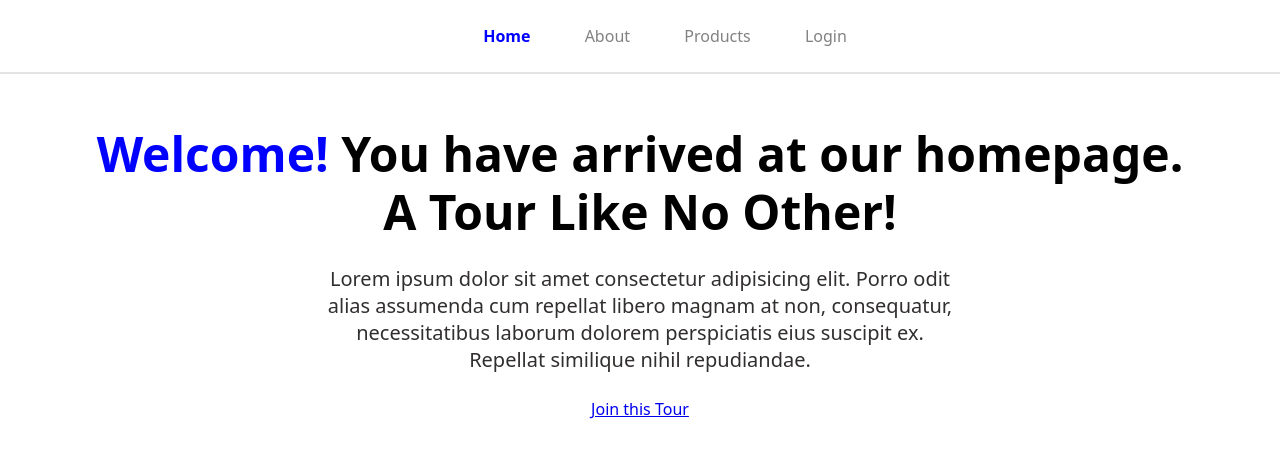
Repository: Yeyolive/WebDev_Collab_2025
Page: Basic_Projects/Basic-Website/index.html
The author's editor kept a copy of each file at every save. The page is drawn from the files as they stood at one save, then again after the next save.
The browser window is 1280 px wide. The pictures show the whole page.

Above is the page before, as saved 2025-11-02 20:13:30.

After the next save:
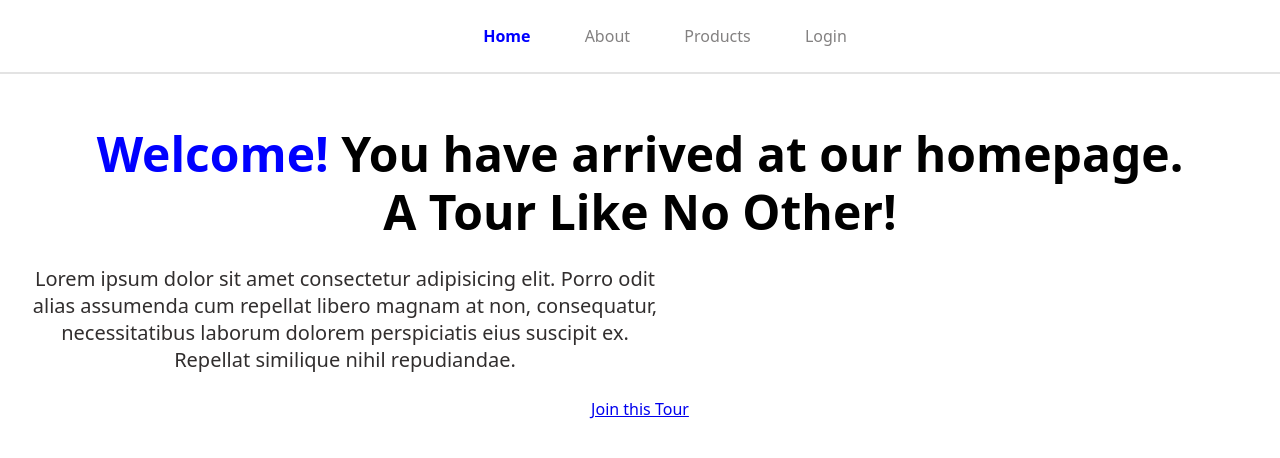
Saved 10 s later.
--- a/Basic_Projects/Basic-Website/styles.css
+++ b/Basic_Projects/Basic-Website/styles.css
@@ -38,7 +38,7 @@
 }
 
 header p {
-  margin: 25px auto;
+  margin: 25px;
   width: 50%;
   font-size: 1.25rem;
   color: rgb(49, 46, 46);

After the save that followed:
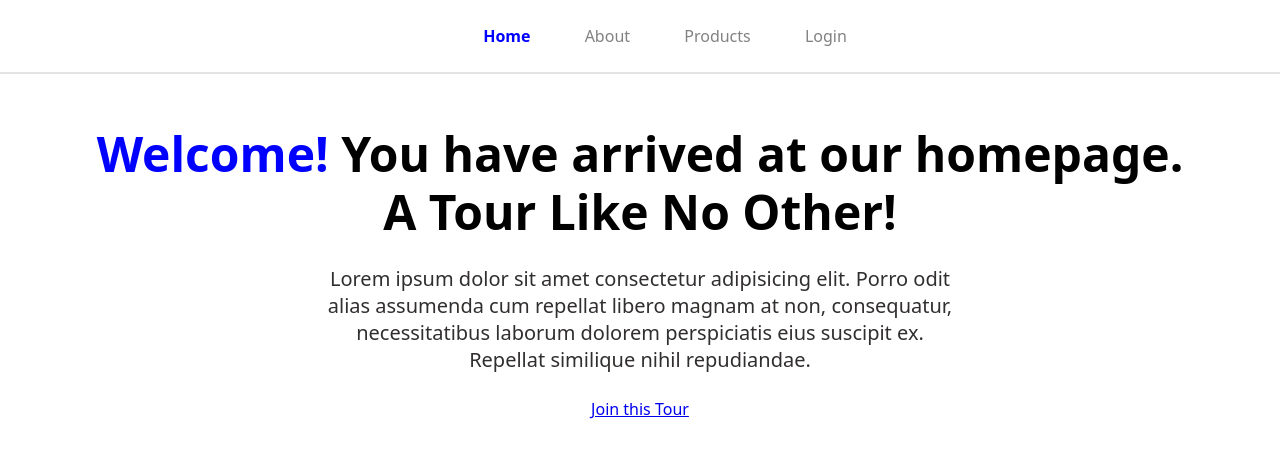
Saved 7 s later.
--- a/Basic_Projects/Basic-Website/styles.css
+++ b/Basic_Projects/Basic-Website/styles.css
@@ -38,7 +38,7 @@
 }
 
 header p {
-  margin: 25px;
+  margin: 25px auto;
   width: 50%;
   font-size: 1.25rem;
   color: rgb(49, 46, 46);
